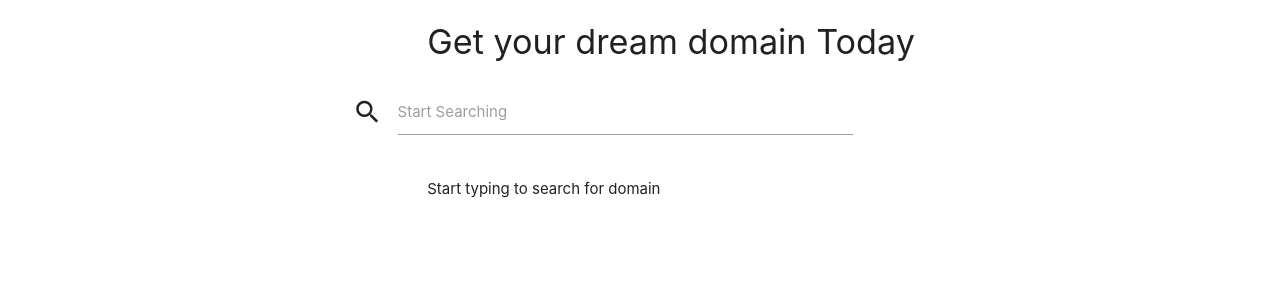
Repository: habib-urrehmaan/domain-name-searcher
Page: / (app in client/)
The author's editor kept a copy of each file at every save. The page is drawn from the files as they stood at one save, then again after the next save.
The browser window is 1280 px wide. The pictures show the whole page.
The project was rebuilt for these pictures with package versions that can differ from the ones it lists, and the page was loaded fresh each time.

Above is the page before, as saved 2020-04-17 18:18:53.

After the next save:
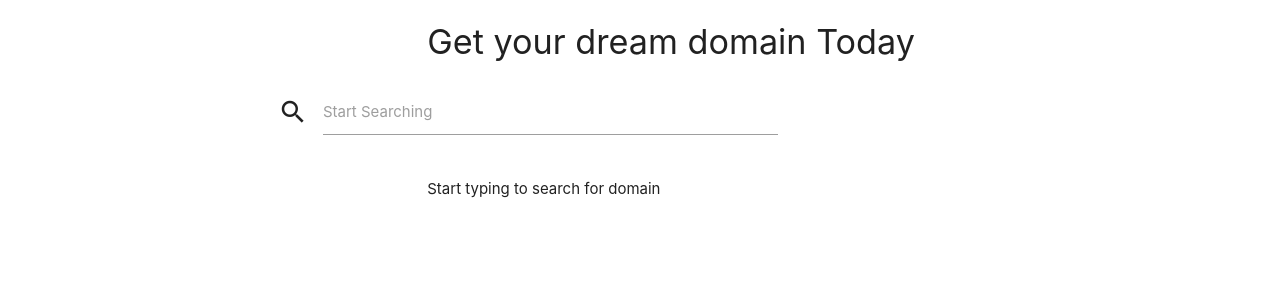
Saved 6 s later.
--- a/client/src/Search.js
+++ b/client/src/Search.js
@@ -31,7 +31,7 @@
                     <div className="col offset-s3">
                         <h4>Get your dream domain Today</h4>
                     </div>
-                    <div className="input-field col s7 offset-s2">
+                    <div className="input-field col s7 offset-s1">
                         <i className="material-icons prefix">search</i>
                         <input id="search" type="text" className="validate" onChange={this.onChangeHandler}/>
                         <label htmlFor="search">Start Searching</label>

After the save that followed:
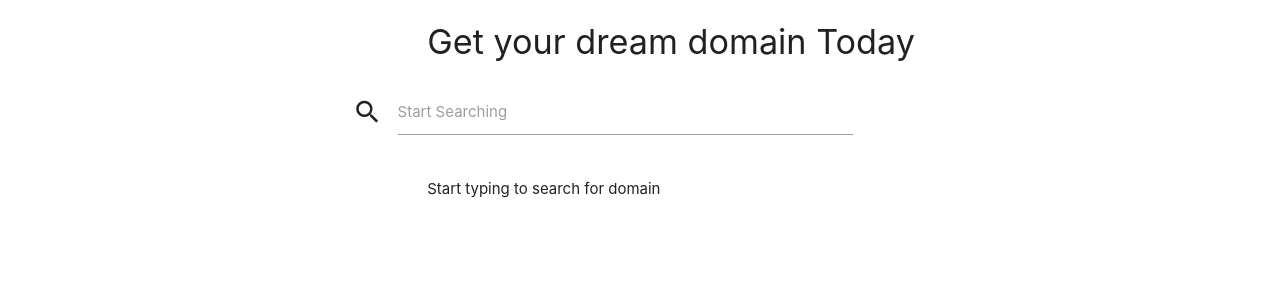
Saved 4 s later.
--- a/client/src/Search.js
+++ b/client/src/Search.js
@@ -31,7 +31,7 @@
                     <div className="col offset-s3">
                         <h4>Get your dream domain Today</h4>
                     </div>
-                    <div className="input-field col s7 offset-s1">
+                    <div className="input-field col s7 offset-s2">
                         <i className="material-icons prefix">search</i>
                         <input id="search" type="text" className="validate" onChange={this.onChangeHandler}/>
                         <label htmlFor="search">Start Searching</label>
